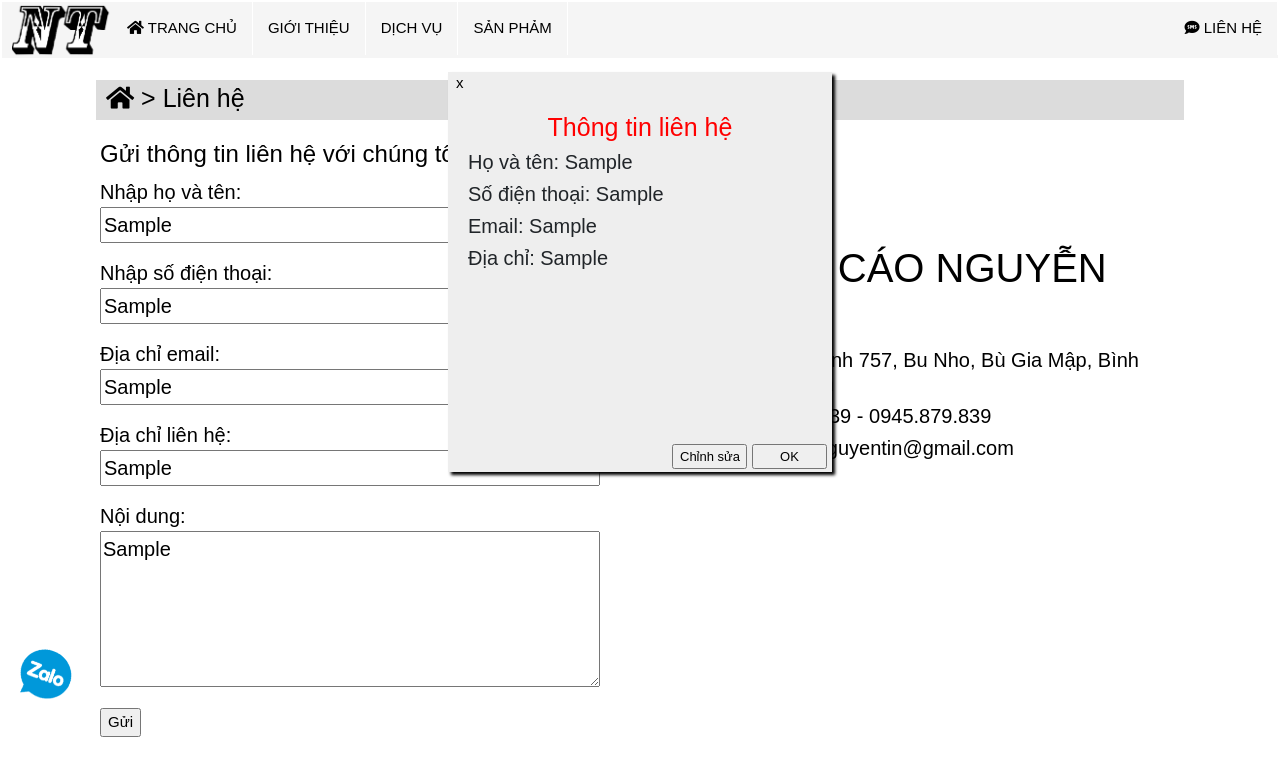
Repository: Haunguyen42193/quangcaonguyentin.github.io
Page: contact.html
The author's editor kept a copy of each file at every save. The page is drawn from the files as they stood at one save, then again after the next save.
The browser window is 1280 px wide. The pictures show the part of the page from y = 0 to 757 px (the page is 1526 px tall).
Empty fields were first filled with sample values (such as "Sample", 5 or name@example.com).
After loading, the first visible `#submit` was clicked once.
Pictures or frames that could not be fetched are drawn as grey boxes. Some web fonts or font styles are not loaded; a fallback is used. Some web libraries are served in a nearby version.

Above is the page before, as saved 2021-09-17 18:15:10.

After the next save:
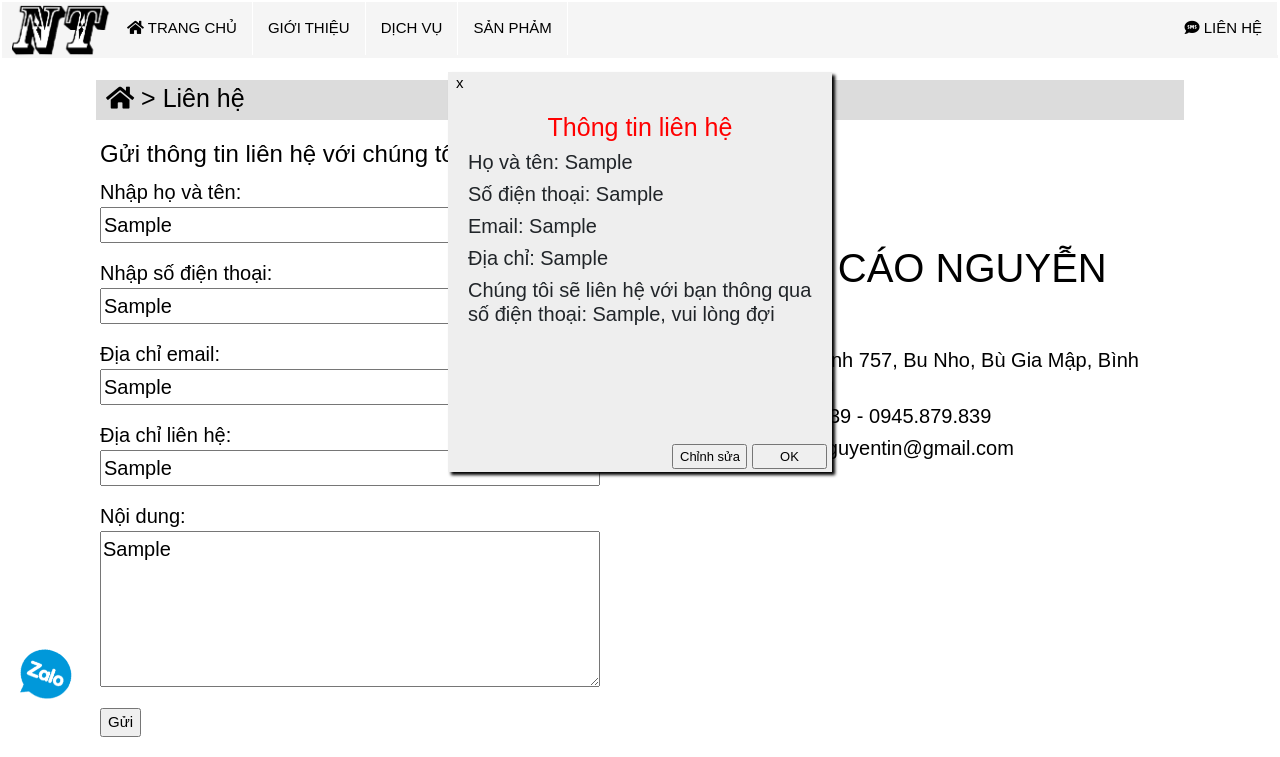
Saved 92 s later.
--- a/Js/main.js
+++ b/Js/main.js
@@ -31,6 +31,7 @@ $(document).ready(function() {
                 <h5>Số điện thoại: ${phone}</h5>
                 <h5>Email: ${mail}</h5>
                 <h5>Địa chỉ: ${address}</h5>
+                <h5>Chúng tôi sẽ liên hệ với bạn thông qua số điện thoại: ${phone}, vui lòng đợi</h5>
             </div>
           </div>
         `)
